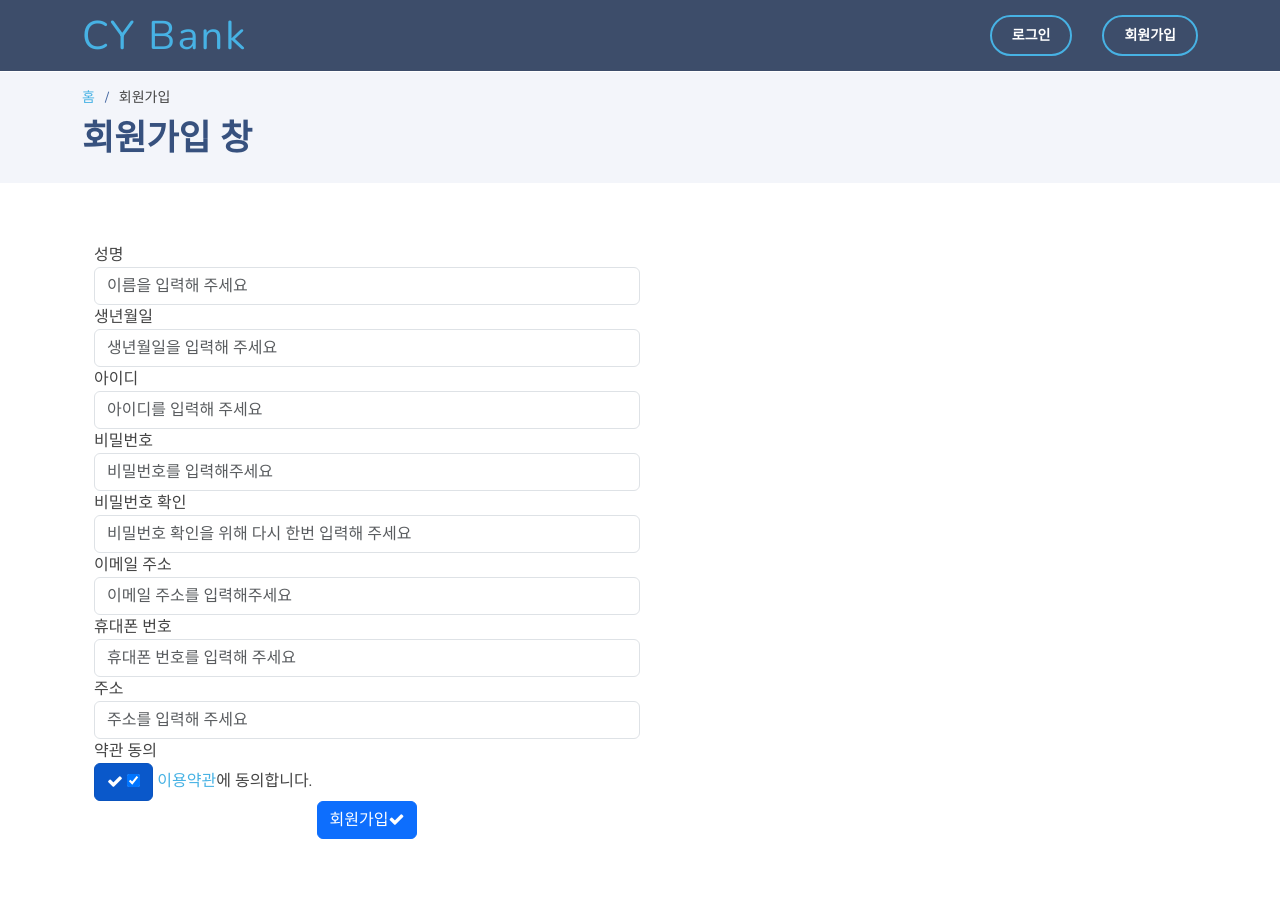
Repository: scy0814/Spring
Page: http://localhost/CYBank/jsp/login/SignUp.jsp
The author's editor kept a copy of each file at every save. The page is drawn from the files as they stood at one save, then again after the next save.
The browser window is 1280 px wide. The pictures show the whole page.
Some web libraries are served in a nearby version. The page is served by Tomcat 9.

Above is the page before, as saved 2023-07-02 02:08:32.

After the next save:
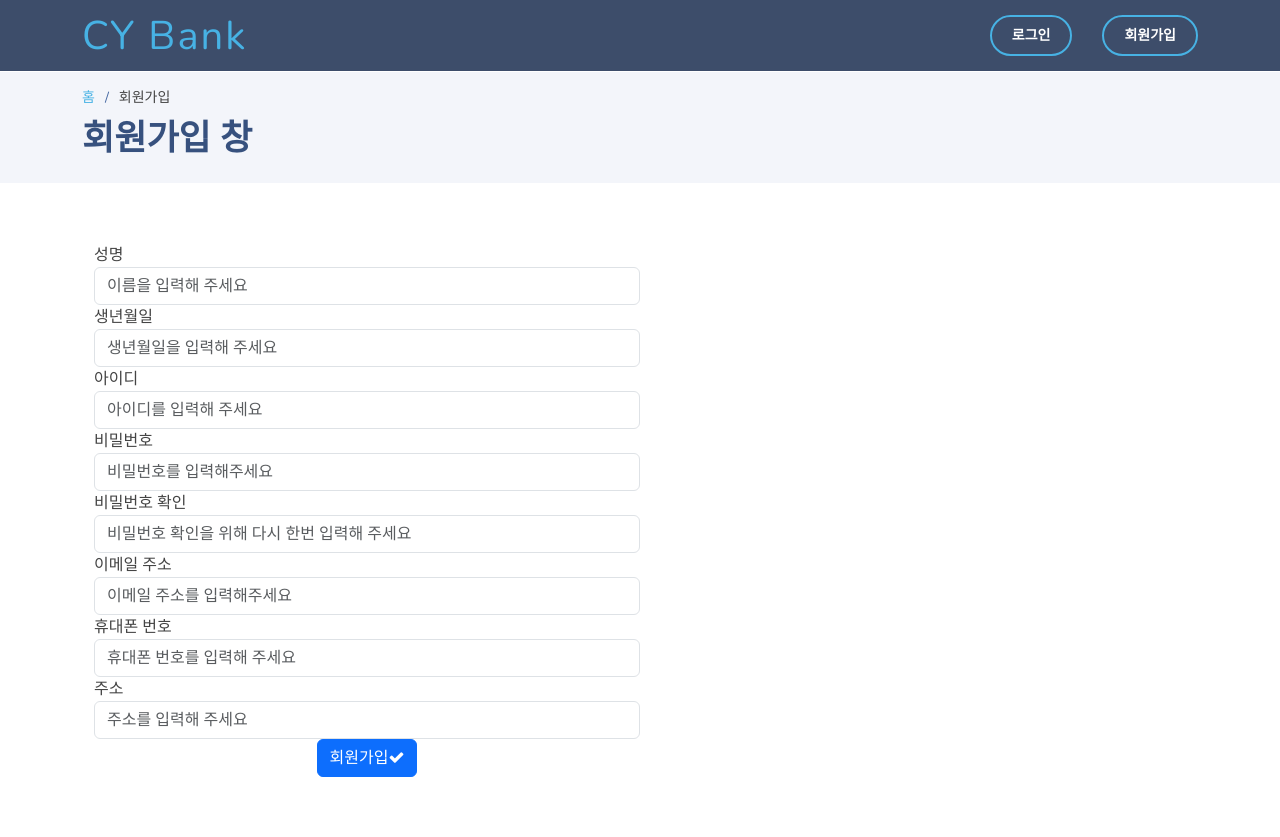
Saved 22 min 51 s later.
--- a/CYBank/src/main/webapp/jsp/login/SignUp.jsp
+++ b/CYBank/src/main/webapp/jsp/login/SignUp.jsp
@@ -77,17 +77,6 @@
                         <input type="tel" class="form-control" id="inputtelNO" name="address" placeholder="주소를 입력해 주세요">
                     </div>
 
-                    <div class="form-group">
-                        <label>약관 동의</label>
-                        <div data-toggle="buttons">
-                            <label class="btn btn-primary active">
-                                <span class="fa fa-check"></span>
-                                <input id="agree" type="checkbox" name="agree" autocomplete="off" checked>
-                            </label>
-                            <a href="#">이용약관</a>에 동의합니다.
-                        </div>
-                    </div>
-
                     <div class="form-group text-center">
                         <button type="submit" id="join-submit" class="btn btn-primary">
                             회원가입<i class="fa fa-check spaceLeft"></i>
